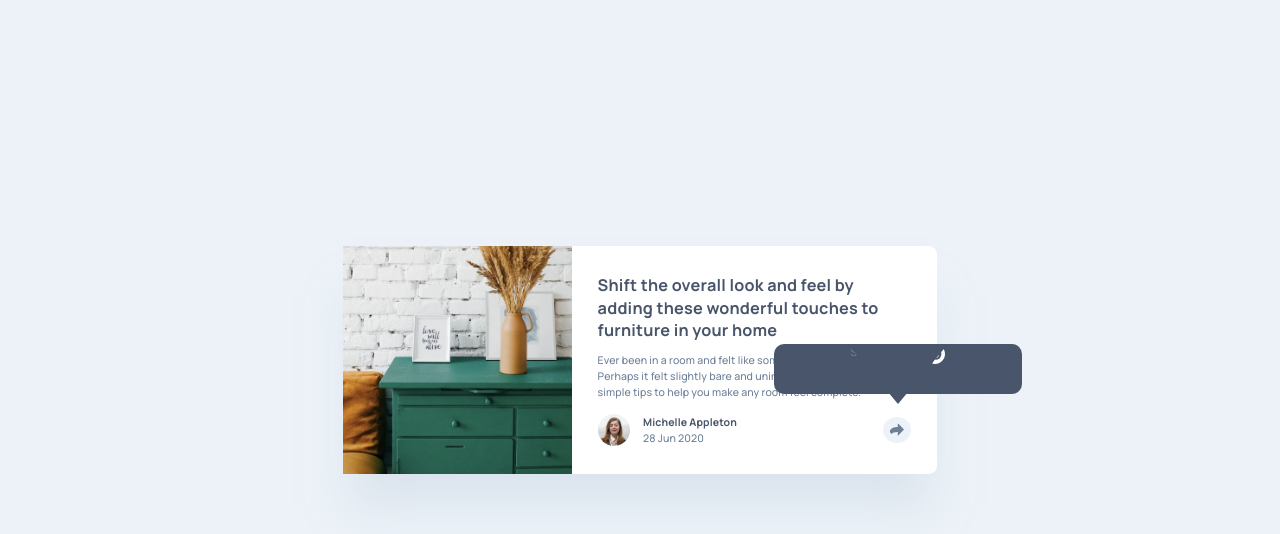
Repository: brandontaylor1/article-preview-component
Page: index.html
The author's editor kept a copy of each file at every save. The page is drawn from the files as they stood at one save, then again after the next save.
The browser window is 1280 px wide. The pictures show the whole page.

Above is the page before, as saved 2025-01-15 16:22:39.

### index.html
<!DOCTYPE html>
<html lang="en">
<head>
    <meta charset="UTF-8">
    <meta name="viewport" content="width=device-width, initial-scale=1.0">
    <link rel="preconnect" href="https://fonts.googleapis.com">
    <link rel="preconnect" href="https://fonts.gstatic.com" crossorigin>
    <link href="https://fonts.googleapis.com/css2?family=Manrope:wght@200..800&display=swap" rel="stylesheet">
    <link rel="stylesheet" href="styles.css">
    <title>Article Preview Component</title>
</head>
<body>

    <div class="container">
        <main class="component">
            <div class="img-container">

            </div>
            <div class="component-content">
                <h2>Shift the overall look and feel by adding these wonderful touches to furniture in your home</h2>
                <p class="subheading">Ever been in a room and felt like something was missing? Perhaps it felt slightly bare and uninviting. I’ve got some simple tips to help you make any room feel complete.</p>
                    <div class="social-box">
                        <div class="social-info">
                            <img src="./assets/images/avatar-michelle.jpg" alt="Picture of User Michelle">
                            <div class="social-info-text">
                                <p>Michelle Appleton</p>
                                <p>28 Jun 2020</p>
                            </div>
                        </div>
                    <img src="./assets/images/icon-share.svg" class="share-btn" alt="Share Icon">

                    <div class="share-box">
                        <div class="share-box-details">
                            <p>SHARE</p>
                            <img src="./assets/images/icon-facebook.svg" alt="Facebook Icon">
                            <img src="./assets/images/icon-twitter.svg" alt="Twitter Icon">
                            <img src="./assets/images/icon-pinterest.svg" alt="Pinterest Icon">
                        </div>
                        <div class="triangle-down"></div>
                    </div>
                </div>
            </div>
        </main>
    </div>

    <script src="index.js"></script>
</body>
</html>

### styles.css
* {
    margin: 0;
    padding: 0;
    box-sizing: border-box;
}

:root {
    /* COLORS */
    --dark-grayish-blue: hsl(217, 19%, 35%);
    --desaturated-dark-blue: hsl(214, 17%, 51%, 1);
    --grayish-blue: hsl(212, 23%, 69%);
    --light-grayish-blue: hsl(210, 46%, 95%);
}

html {
    font-size: 13px;
}

body {
    font-family: 'Nunito', sans-serif;
    background-color: var(--light-grayish-blue);
}

/* UTILITY CLASS */
.active {
    background-color: var(--grayish-blue);
    color: white;
}

.container {
    height: 100vh;
    display: flex;
    justify-content: center;
    align-items: center;

}

.component {
    width: 45.625rem;
    height: 17.5rem;
    display: flex;
    align-items: center;
    justify-content: space-between;
    border-radius: 0.625rem;
    background: #FFF;
    box-shadow: 0px 40px 40px -10px rgba(201, 213, 225, 0.50);
    position: relative;

}

.img-container {
    width: 21.87rem;
    height: 100%;
    display: flex;
    justify-content: center;
    align-items: center;
    background-image: url('./assets/images/drawers.jpg');
    background-size: cover;
    background-position: left;
    background-repeat: no-repeat;
}

.component-content {
    width: 34rem;
    padding: 2rem;
}

.component-content h2 {
    color: #48556A;
    font-family: Manrope;
    font-size: 1.25rem;
    font-style: normal;
    font-weight: 700;
    line-height: 1.75rem; /* 140% */
    letter-spacing: 0.01563rem;
    width: 100%;
}

.component-content p {
    color: #6E8098;
    font-family: Manrope;
    font-size: 0.8125rem;
    font-style: normal;
    font-weight: 500;
    line-height: 1.25rem; /* 153.846% */
    letter-spacing: 0.00763rem;
}

.subheading {
    margin-top: .75rem;
    color: #6E8098;
    font-family: Manrope;
    font-size: 0.8125rem;
    font-style: normal;
    font-weight: 500;
    line-height: 1.25rem; /* 153.846% */
    letter-spacing: 0.00763rem;
}

.social-box {
    display: flex;
    justify-content: space-between;
    align-items: center;
    width: 100%;
    margin-top: 1rem;
}

.social-info {
    display: flex;
    align-items: center;
    justify-content: center;

}

.social-info img {
    width: 2.5rem;
    height: 2.5rem;
    border-radius: 50%;
    margin-right: 1rem;
}

.social-info-text {
    display: flex;
    align-items: flex-start;
    justify-content: center;
    flex-direction: column;
}

.social-info-text p:nth-child(1){
    font-weight: 700;
    color: var(--dark-grayish-blue);

}

.share-btn {
    padding: .5rem;
    background: var(--light-grayish-blue);
    color: #FFF;
    border-radius: 50%;
    cursor: pointer;
    position: relative;
}

.share-btn:hover {
    background-color: var(--light-grayish-blue);
    color: var(--desaturated-dark-blue);
}

.share-box {
    height: 50px;
    width: 248px;
    background-color: #48556A;
    position: absolute;
    bottom: 80px;
    right: -85px;
    display: flex;
    align-items: flex-start;
    justify-content: center;
    border-radius: 10px;

}



.share-box-details {
    color: #9DAEC2;
    font-family: "Manrope", sans-serif;
    font-size: 13px;
    font-style: normal;
    font-weight: 500;
    line-height: 20px; /* 153.846% */
    letter-spacing: 5px;
    display: flex;
    justify-content: center;

/*
    display: flex;
    width: 175px;
    height: 20px;
    justify-content: center;
    align-items: center;
    gap: 21px;
    flex-shrink: 0; */
}

.triangle-down {
    width: 0;
    height: 0;
    border-left: 50px solid transparent;
    border-right: 50px solid transparent;
    border-top: 60px solid #48556A;
    position: absolute;

}

/* Media Queries */
@media screen and (max-width: 626px) {
    .component {
        flex-direction: column;
        height: 32rem;
        width: 20rem;
    }

    .img-container {
        width: 100%;
        height: 50%;
    }

    .component-content {
        width: 100%;
        padding: 1.5rem;

    }

    .component-content h2 {
        color: #48556A;
        font-family: Manrope;
        font-size: 1rem;
        font-style: normal;
        font-weight: 700;
        line-height: 1.5rem; /* 150% */
        letter-spacing: 0.0125rem;
    }

    .component-content p {
        color: #6E8098;
        font-family: Manrope;
        font-size: 0.8125rem;
        font-style: normal;
        font-weight: 500;
        line-height: 1.25rem; /* 153.846% */
        letter-spacing: 0.00763rem;
    }

    .social-box {
        margin-top: 2rem;
    }
}

### index.js
const shareBtn = document.querySelector('.share-btn').addEventListener('click', () => {
    alert("I'm working")
})

After the next save:
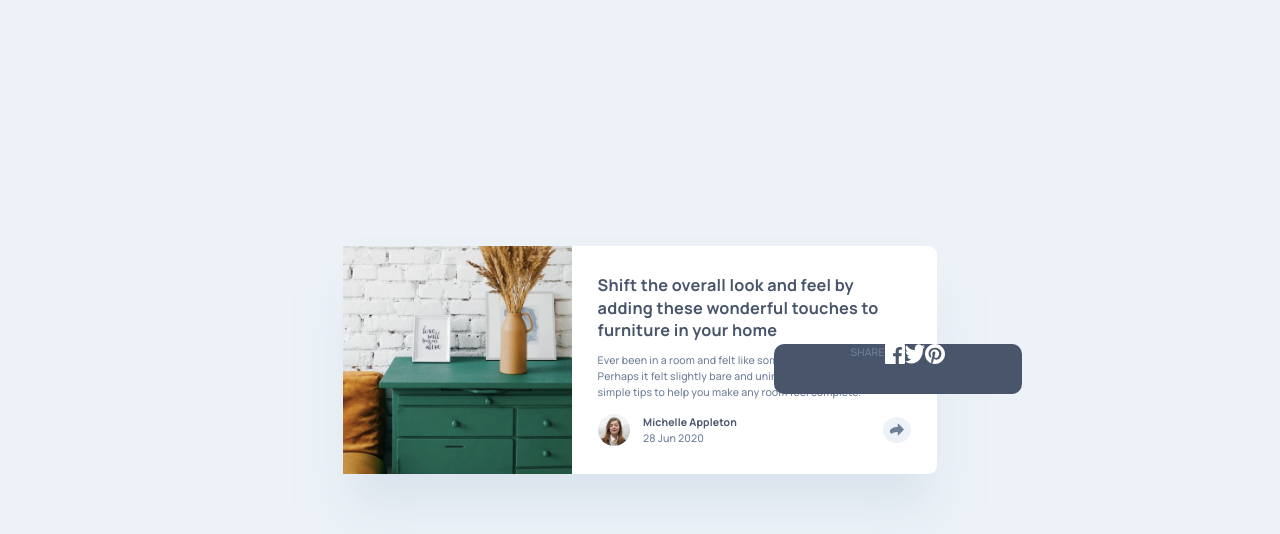
Saved 9 s later.
--- a/styles.css
+++ b/styles.css
@@ -190,6 +190,7 @@
     border-right: 50px solid transparent;
     border-top: 60px solid #48556A;
     position: absolute;
+    z-index: -1;
 
 }
 

After the save that followed:
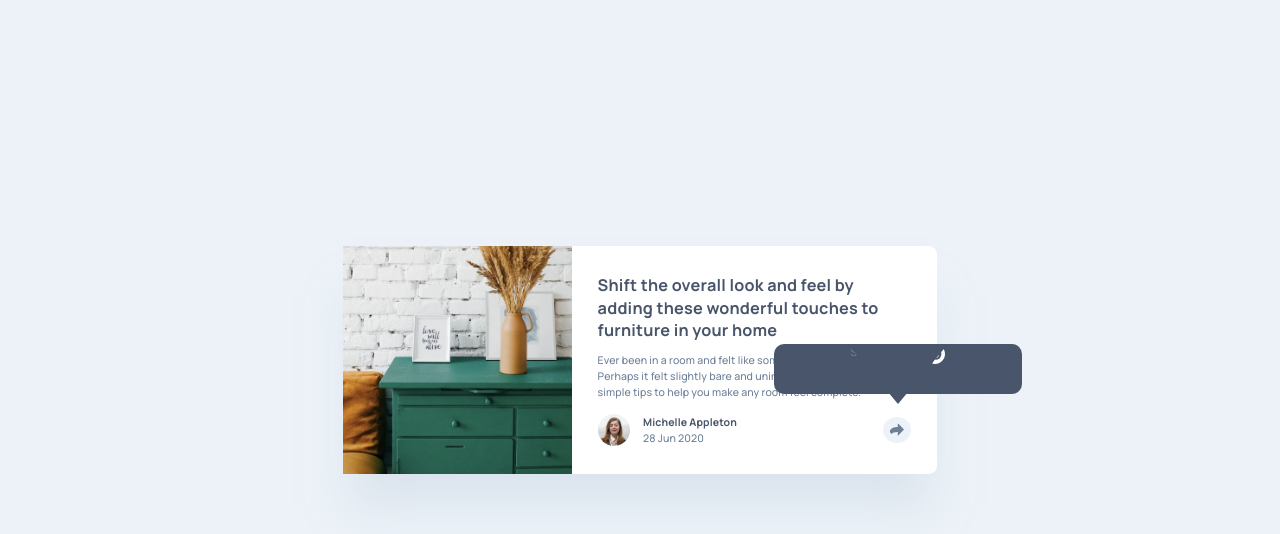
Saved 5 s later.
--- a/styles.css
+++ b/styles.css
@@ -190,7 +190,7 @@
     border-right: 50px solid transparent;
     border-top: 60px solid #48556A;
     position: absolute;
-    z-index: -1;
+    z-index: 0;
 
 }
 
